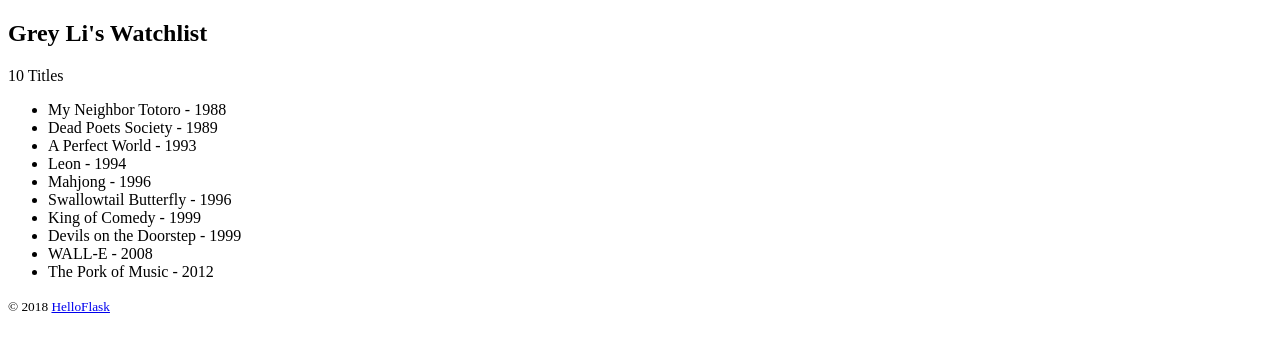
Repository: Yangtze-flowing/watchlist
Page: http://localhost/
These files come from the project's save history. The page is drawn as it stood at one moment and after the next save; the edit follows.
The browser window is 1280 px wide. The pictures show the whole page.
The page is served by the project's application, run on Flask 3 (app.py).

Above is the page before, as saved 2024-03-12 18:13:09.

After the next save:
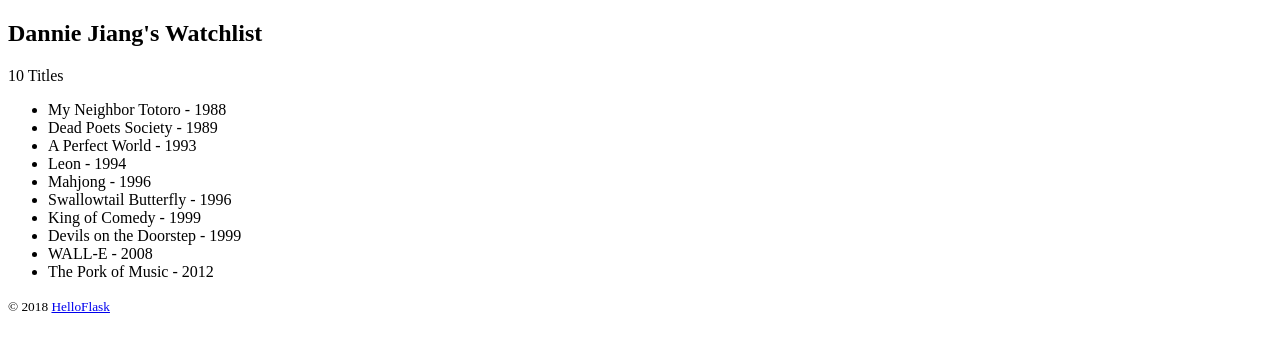
Saved 89 s later.
--- a/app.py
+++ b/app.py
@@ -2,7 +2,7 @@
 
 app = Flask(__name__)#和文件名称应当一致
 
-name = 'Grey Li'
+name = 'Dannie Jiang'
 movies = [
     {'title': 'My Neighbor Totoro', 'year': '1988'},
     {'title': 'Dead Poets Society', 'year': '1989'},
